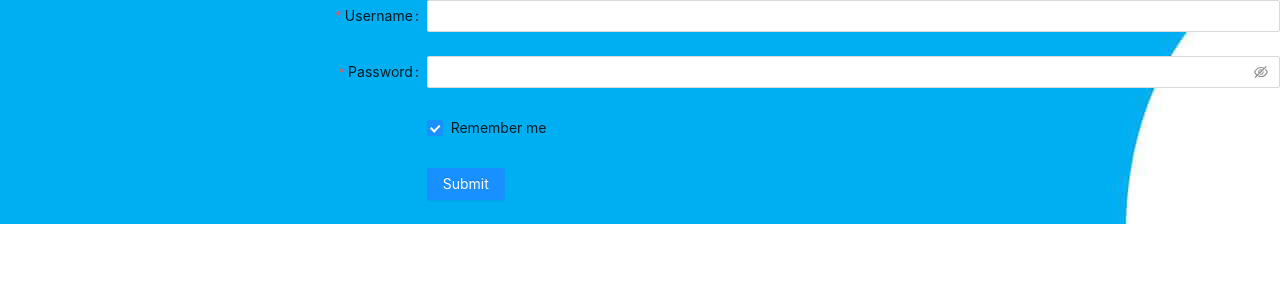
Repository: DallenCat/react-test
Page: /login
An editor plug-in stored every save of this project. The page is shown before and after the next save, followed by the edit.
The browser window is 1280 px wide. The pictures show the whole page.
The project was rebuilt for these pictures with package versions that can differ from the ones it lists, and the page was loaded fresh each time. Also part of the build but not shown: src/containers/dashboard/index.js, src/containers/personal/index.js, src/components/layout/index.css, src/components/layout/sider/menu.js, src/components/layout/sider/logo.js, src/components/layout/sider/index.js, src/components/layout/index.js.

Above is the page before, as saved 2021-10-29 17:26:50.

After the next save:
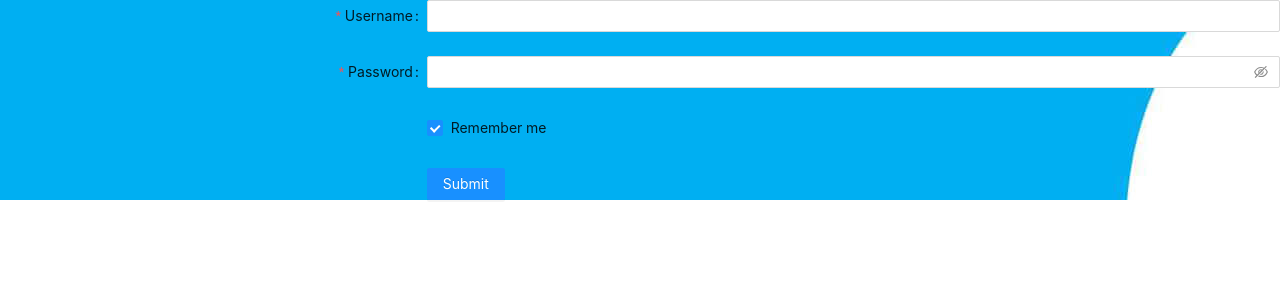
Saved 7 s later.
--- a/src/containers/login/login.scss
+++ b/src/containers/login/login.scss
@@ -1,13 +1,7 @@
 .bg {
   width: 100%;
   height: 100%;
-  display: flex;
-  align-items: center;
   background-image: url('~@/assets/images/login-background.jpg');
-}
-
-.bg-img {
-  width: 500px;
 }
 
 .form {
